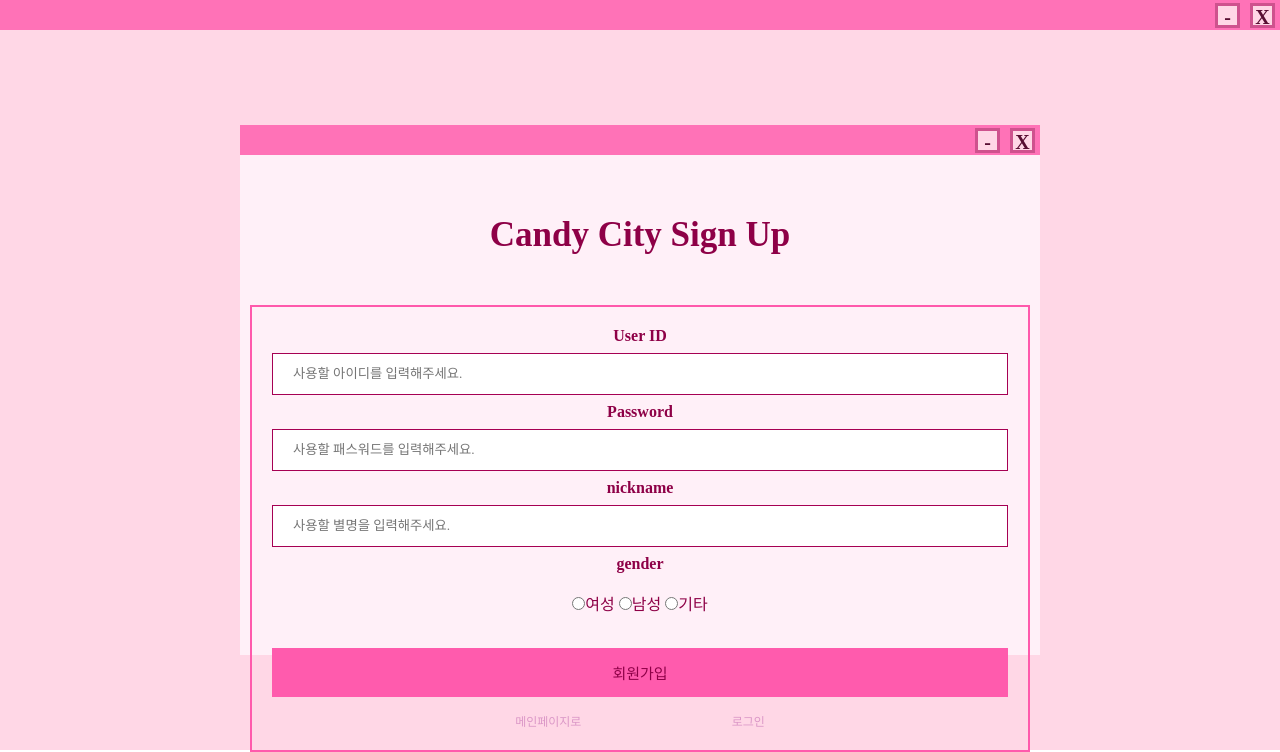
Repository: chanbiM/candyCityProject
Page: http://localhost/CandyCityProj/member/insertMember.jsp
These files come from the project's save history. The page is drawn as it stood at one moment and after the next save; the edit follows.
The browser window is 1280 px wide. The pictures show the whole page.
Some web fonts or font styles are not loaded; a fallback is used. The page is served by Tomcat 9. Other server files are loaded and not shown.

Above is the page before, as saved 2022-11-11 05:14:14.

### CandyCityProj/WebContent/member/insertMember.jsp
<%@ page language="java" contentType="text/html; charset=UTF-8"
	pageEncoding="UTF-8"%>
<!DOCTYPE html>
<html>
<head>
<meta charset="UTF-8">
<title>회원가입</title>
<link rel="stylesheet" href="/css/mainStyle.css">
<link rel="stylesheet" href="/css/loginStyle.css">
</head>
<body>
	<div class="window">
		<button class="widow_btn" id="-_btn">-</button>
		<button class="widow_btn" id="x_btn">X</button>
	</div>
	<div class="wrapper">

		<div class="login">
			<div class="window">
				<button class="widow_btn" id="-_btn">-</button>
				<button class="widow_btn" id="x_btn">X</button>
			</div>

			<form action="/signUp" method="get" id="loginForm">

				<h2>Candy City Sign Up</h2>

				<div class="login_center">
					<label><b>User ID</b></label> <input type="text"
						placeholder="사용할 아이디를 입력해주세요." name="id">

						<label><b>Password</b></label>
						<input type="password" placeholder="사용할 패스워드를 입력해주세요." name="pwd">

						<label><b>nickname</b> <input type="text"
						placeholder="사용할 별명을 입력해주세요." name="name"></label>

						<label><b>gender</b></label><br><br>
						 <input type="radio" name="gender" id="female" value="female">여성
							<input type="radio" name="gender" id="male" value="male">남성
							<input type="radio" name="gender" id="etc" value="etc">기타
						<br><br>

						<input type="submit" value="회원가입">

					<ul>
						<li><a href="../index.jsp"> 메인페이지로 </a></li>
						<li><a href="/member/login.jsp"> 로그인 </a></li>
					</ul>
				</div>
			</form>
		</div>
</body>
</html>

### CandyCityProj/WebContent/css/mainStyle.css
@font-face {
    font-family: 'DungGeunMo';
    src: url('https://cdn.jsdelivr.net/gh/projectnoonnu/noonfonts_six@1.2/DungGeunMo.woff') format('woff');
    font-weight: normal;
    font-style: normal;
}
* {
    margin: 0;
    padding: 0;
    list-style: none;
    text-decoration: none;
    color: rgb(19, 0, 1);
    font-family: 'DungGeunMo';
    color: #8e0047;
    -ms-user-select: none;
   -moz-user-select: -moz-none;
   -khtml-user-select: none;
   -webkit-user-select: none;
   user-select: none;
}

.wrapper {
    width: 1280px;
    min-height: 1100px;
    margin: 0 auto;
    background-color: rgb(255, 215, 230);
}

.window {
    width: 100%;
    height: 30px;
    display: flex;
    justify-content: flex-end;
    background-color: #FF72B7;
    align-items: center;
}
.widow_btn {
    width: 25px;
    height: 25px;
    margin: 5px;
    color: #580e32;
    font-weight: bold;
    font-size: 20px;
    background-color: rgb(255, 215, 230);
    border: 3px solid #ce528e;
}

.widow_btn:hover {
    background-color: rgb(203, 164, 178);
    border: 3px solid #953c67;
    cursor: pointer;
    text-align: center;
}

.logo > a {
    display: flex;
}

.logo > a > img {
    width: 150px;
    height: 120px;
    margin: 50px;
    margin-top: 15px;
}

header {
    width: 100%;
    height: 150px;
    display: flex;
    justify-content: space-between;
}

.minimenu {
    width: 1000px;
    display: flex;
    font-size: 17px;
    align-items: center;
    margin-right: 50px;
    justify-content: flex-end;
}

.minimenu ul{
    display: flex;
}

.minimenu ul li {
    margin: 10px;
}

.minimenu ul li:hover {
    font-weight: bold;
}

/*.minimenu ul {
    width: 100%;
    display: flex;
    justify-content: space-evenly;
}*/

.minimenu ul li a{
	color: #c95899;
}

.mainmenu {
    /* 메뉴 요소 4개 가로정렬 */
    width: 1280px;
    display: flex;

    /* 중앙정렬 */
    text-align: center;
    align-items: center;
    justify-content: center;

    background-color: #FF72B7;
    border-top: 2px #8e0047 solid;
    border-bottom: 2px #8e0047 solid;
    position:relative;

}

.mainmenu li {
    width: 20%;
    height: 50px;
}

.mainmenu a {
    display: flex;
    justify-content: center;
    align-items: center;
    width: 100%;
    height: 100%;
    font-size: 18px;
    font-weight: 600;

    /* 하이라이팅 줄때 애니메이션을 줄 시간과 속성들 */
    transition: background-color 1s, color 1s;
}
/* :hover -> 마우스를 위에 올려 놓을때 적용할 스타일*/
.mainmenu a:hover {
    background-color: #aa4a78;
    color: white;
}


.mainmenu .submenu {
    /* 부모의 면적 + 다른 요소에 영향을 주지 않음 -> 다른 요소에 독립적*/
    position: absolute;
    /* 맨 앞으로 가져오기*/
    z-index: 100;
	width: 20%;

    background-color: #FF72B7;
    color: white;

    /* 기본적으로는 가려짐. 나중에 js로 호버될때 해제되도록 해줄 것 */
    display: none;
}

.submenu li {
    width: 100%;
}
.submenu a:hover {
    background-color: rgb(254, 207, 228);
    color: rgb(70, 19, 30);
}

#slide {
    width: 100%;
    height: 300px;
    position: relative;
    overflow: hidden;
}
#slide>ul>li>a>img {
    position: absolute;
    width: 100%;
    top: 0;
    left: -100%;
    opacity: 0;
}

#slide >ul>li>a>img:first-child {
    left: 0;
    opacity: 1;
}

#slide ul {
    /* 다른 요소에 관여받지 않고 #slide 기준으로 움직이도록*/
    position: absolute;
    top: 0;
    left: 0;

    width: 100%;


}

/* 섹션 */

section {
    display: flex;
    height: 350px;
    overflow: hidden;
    margin: 20px;
}

section > div {
    flex: 1;
    max-width: 50%;

    padding: 10px;
}

/* 컨텐츠 탭 */
.tab {
    display: flex;
}

/* 활성화 된 탭 추가 효과 */
.tab .active {
    background-color: #FF72B7;
}
.tab .active a{
    color: white;
}


.tab div {
    padding: 7px;
    border: 1px solid #800040;
    /* content, tab이 보더가 곂치므로 한쪽 없애주기 */
    border-bottom: none;
}

#content_container .content {
    padding: 7px;
    border: 1px solid #800040;

    /* 일정 크기 이상으로 글자가 나오는걸 방지 */
    max-width: 600px;
    height: 200px;
}

/* 각 요소들의 글자가 넘쳐날 경우 .... 처리*/
#post li {
    overflow: hidden;
    text-overflow:ellipsis;
    white-space: nowrap;
    line-height: 25px;


    border-bottom: 1px solid #800040;
}

/* 갤러리 */
/* 기본적으로 활성화 된게 공지사항이므로 갤러리 컨텐츠는 가리기 */
#event {
    display: none;
}

#event li{
    overflow: hidden;
    text-overflow:ellipsis;
    white-space: nowrap;
    line-height: 25px;


    border-bottom: 1px solid #800040;
}

#ranking {
	margin-top: 2px;
}
#ranking ul, #ranking li{
    width: 95%;
}

#ranking ul {
	border: 2px solid #800040;

	padding: 10px;
	height: 195px;


}
#ranking li {
    /* 버튼별 간격 */
    margin-bottom: 15px;
    width: 96%;


    /* 버튼 내부 간격 */
    padding: 7px;
    text-align: center;
    background-color: #e366b1;
    text-align: left;
    color: #8e0047;
}

#ranking h4 {
	background-color: #FF72B7;
	color: white;

	font-weight: normal;
	border: 2px solid #800040;
	width: 130px;
	padding: 5px;
	overflow: hidden;
	text-align: center;
	border-bottom: none;
}
#ranking a {
    color: white;
    margin-left: 5px;
}

/* 푸터 */

footer {
    /* 가로 정렬 */
    display: flex;

    /* 3가지 요소들 가로 간격 */
    justify-content: space-between;
    /* 세로 중앙 정렬*/
    align-items: center;

    width: 100%;
    height: 100px;
    margin: 30px;
}

.sns {
    display: flex;
    margin-right: 70px;
}

/* sns 아이콘별 간격 */
.sns li {
    margin-left: 10px;
}

footer img {
    width: 30px;
}


.copyright {
	font-size: 20px;
}

.info {
	width: 100%;
	margin-left: 20px;
	height: 700px;
}

.infoText {
	width: 300px;
	height: 30px;
	font-size: 23px;
	border: 0px;
	background-color: #ffeaf3;
	text-align: center;
}

.info th {
	width: 250px;
	margin: 5px;
	font-size: 30px;
}

.info td {
	width: 300px;
	margin: 10px;
	font-size: 25px;
	text-align: center;
}

.updatebtn {
	border: 0px;
	background-color: rgb(255, 215, 230);
	font-size: 25px;

}

input:focus {outline: none;}

hr {
	margin: 30px;
	width: 90%;
	margin: auto;

	height : 1px;
    border: 0;
	background-color : #811b4e;

}

h2 {
	margin: 30px;
}

/* 팝업의 배경 */
.popup_back {
    /* 기본적으로 가려짐 */
    display: none;

    /* 사이트 내용의 면적을 무시하고 배치*/
    position: absolute;
    top: 0;
    left: 0;

    /* 창 전체 가로 세로 채우기*/
    width: 100%;
    height: 100%;

    /* 검정색 배경(0,0,0,)에서 0.8로 투명도 설정*/
    background: rgba(0,0,0,0.3);
    position: fixed;

}

/* 팝업 본체 */
.popup{
    position: relative;

    /* 팝업 창의 가로 세로*/
    width:500px;
    height:300px;

    /* 배경 면적의 top 50%, left 50% 위치로 이동 */
    top:50%;
    left:50%;
    /* 중앙 배치를 위해 팝업의 가로 세로의 절반 크기 만큼 옮기기*/
    margin-top: -100px;
    margin-left:-200px;

    background:#fff;
    padding: 20px;
}


/* 팝업 버튼 */
.popup_close {
    position: absolute;
    padding: 5px;

    /* 팝업의 아래쪽부터 20px, 오른쪽으로부터 20px */
    right: 20px;
    bottom: 20px;
    background-color: #FF72B7;
    border: 2px solid #ea0075;
}
.popup_close:hover {
	background-color: #f14b9a;
    border: 2px solid #aa0055;
    cursor: pointer;
}

.pwdUpdateBtn {
	position: absolute;
    padding: 5px;

    /* 팝업의 아래쪽부터 20px, 오른쪽으로부터 20px */
    right: 100px;
    bottom: 20px;
    background-color: #FF72B7;
    border: 2px solid #ea0075;
}

.pwdUpdateBtn:hover {
	background-color: #f14b9a;
    border: 2px solid #aa0055;
    cursor: pointer;
}

/* 팝업의 배경 */
.popup_back_del {
    /* 기본적으로 가려짐 */
    display: none;

    /* 사이트 내용의 면적을 무시하고 배치*/
    position: absolute;
    top: 0;
    left: 0;

    /* 창 전체 가로 세로 채우기*/
    width: 100%;
    height: 100%;

    /* 검정색 배경(0,0,0,)에서 0.8로 투명도 설정*/
    background: rgba(0,0,0,0.3);
    position: fixed;

}

/* 팝업 본체 */
.popup_del{
    position: relative;

    /* 팝업 창의 가로 세로*/
    width:500px;
    height:300px;

    /* 배경 면적의 top 50%, left 50% 위치로 이동 */
    top:50%;
    left:50%;
    /* 중앙 배치를 위해 팝업의 가로 세로의 절반 크기 만큼 옮기기*/
    margin-top: -100px;
    margin-left:-200px;

    background:#fff;
    padding: 20px;
}

### CandyCityProj/WebContent/css/loginStyle.css
@charset "UTF-8";

* {
	margin: 0 auto;
	padding: 0;
	box-sizing: border-box;
	color: #8e0047;
	text-decoration: none;
}

.wrapper {
	width: 1280px;
	text-align: center;
	display: flex;
  	justify-content: center;
 	align-items: center;
 	min-height: 100vh;
 	background-color: rgb(255, 215, 230);
}

body {
	width: 1280px;
}
.window {
	width: 100%;
}
h2 {
	margin: 50px 0;
	font-size: 35px;
}

Form {
	background-color: #fff0f8;
	padding: 10px;
	display: block;
	margin: 0 auto;

}

#signUpForm{
	width: 800px;
	height: 600px;
}

#loginForm {
	width: 800px;
	height: 500px;
}

.login_center {
	border: 2px solid #ff59ac;
	padding: 20px;
}

input[type=text], input[type=password], input[type=number]{
	width: 100%;
	padding: 12px 20px;
	margin: 8px 0;
	display: inline-block;
	border: 1px solid #a60053;
}

input[type=submit] {
	background-color: #ff5bad;
	color: #8e0047;
	padding: 14px 20px;
	margin: 15px 0;
	cursor: pointer;
	border: 0px;
	width: 100%;
	font-size: 15px;
}

input[type=submit]:hover {
	background-color: #8e0047;
	color: #fff;
}


input[type=reset] {
	background-color: #bcbcbc;
	color: #8e0047;
	padding: 14px 20px;
	margin: 8px 0;
	cursor: pointer;
	width: 100%;
}

a {
	font-size: 12px;
	color: #db97c7;
}

a:hover {
	font-weight: bold;
}

Form ul{
	display: flex;
	width: 400px;
    align-items: center;
}

After the next save:
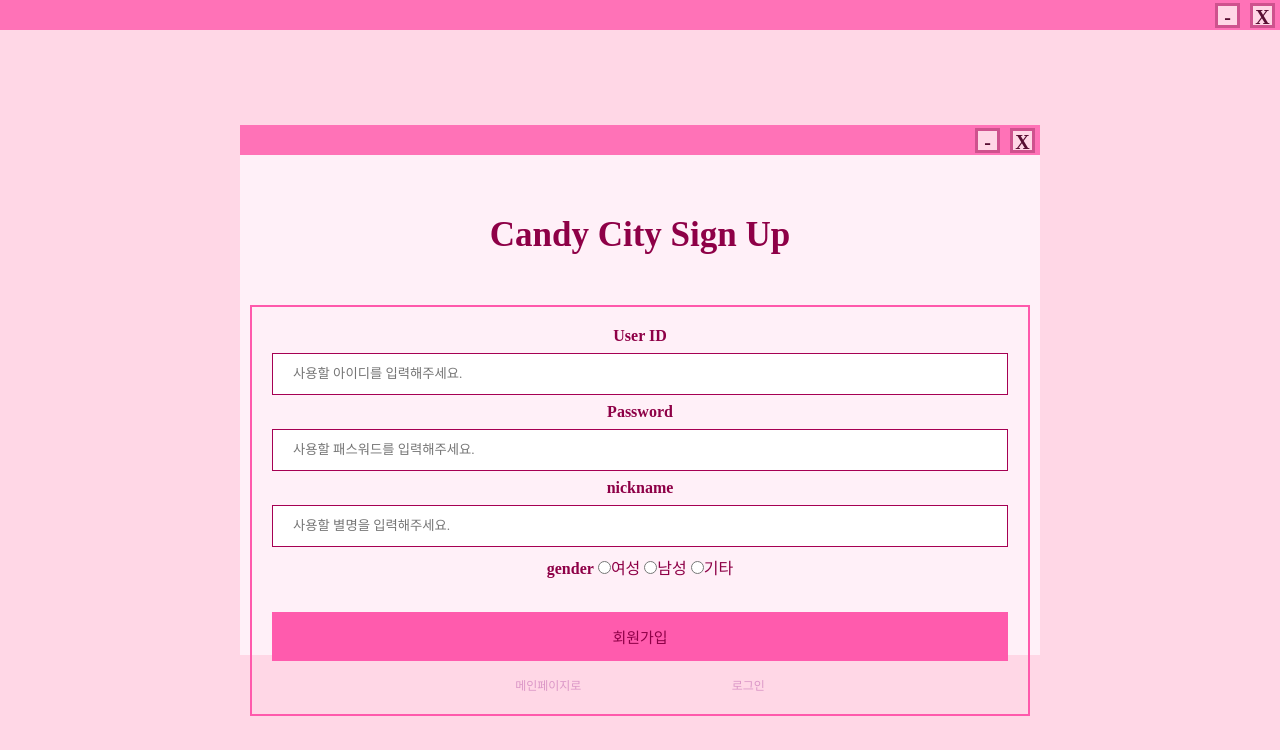
Saved 16 s later.
--- a/CandyCityProj/WebContent/member/insertMember.jsp
+++ b/CandyCityProj/WebContent/member/insertMember.jsp
@@ -35,7 +35,7 @@
 						<label><b>nickname</b> <input type="text"
 						placeholder="사용할 별명을 입력해주세요." name="name"></label>
 
-						<label><b>gender</b></label><br><br>
+						<label><b>gender</b></label>
 						 <input type="radio" name="gender" id="female" value="female">여성
 							<input type="radio" name="gender" id="male" value="male">남성
 							<input type="radio" name="gender" id="etc" value="etc">기타
